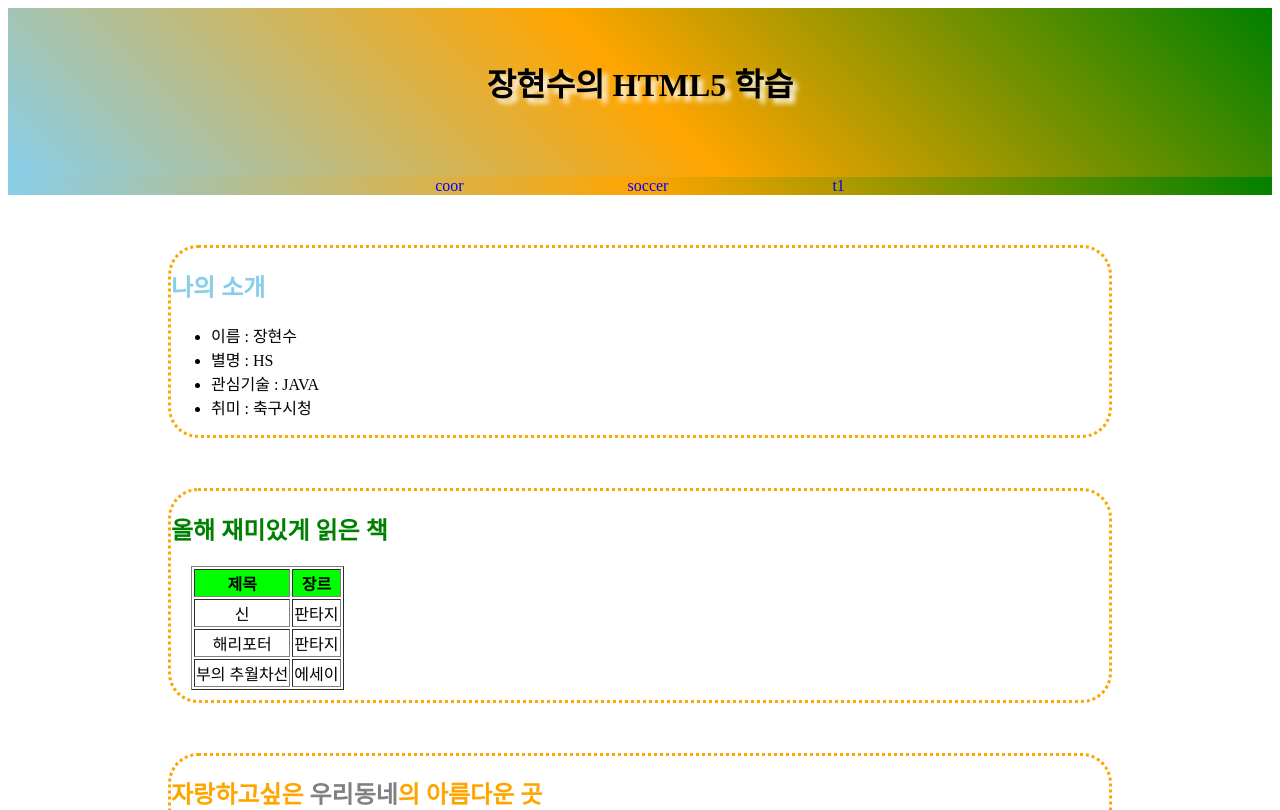
Repository: jhsnex123/web_study
Page: edu/src/main/webapp/cssexam/homework2.html
These files come from the project's save history. The page is drawn as it stood at one moment and after the next save; the edit follows.
The browser window is 1280 px wide. The pictures show the part of the page from y = 0 to 810 px (the page is 1591 px tall before and 1597 px after).
A picture or video elsewhere on the page could not be fetched, so the positions and the page height are approximate.

Above is the page before, as saved 2024-09-19 09:06:05.

### edu/src/main/webapp/cssexam/homework2.html
<!DOCTYPE html>
<html>
<head>
<meta charset="UTF-8">
<title>Insert title here</title>
<style>

header{

text-align:center;
margin-right: auto;
 margin-left: auto;
padding-top : 30px;
padding-bottom : 50px;
text-shadow : 5px 5px 5px white;
background-image : linear-gradient(45deg, skyblue, orange, green);
}
a{
text-decoration-line: none;
margin-right: 80px;
margin-left: 80px;
}
nav{
text-align:center;
background-image : linear-gradient(45deg, skyblue, orange, green);
}

#a1 > h2 {
color : skyblue;
 }

#a1{
border : 3px dotted orange;
margin-top : 50px;
margin-left: 160px;
margin-right: 160px;
border-radius : 30px;
}

#a2 > h2 {
color : green;
 }

#a2{
border : 3px dotted orange;
margin-top : 50px;
margin-left: 160px;
margin-right: 160px;
border-radius : 30px;
}

table,td,th{
margin-left: 20px;
margin-right: 120px;
margin-bottom: 10px;
text-align:center;
}

th {
background-color : lime;
}

tr:hover {
		background-color : gray;
	}

	td {
		border-bottom : 3px soild lime;
	}

#a3 > h2 {
color : orange;
 }

#a3{

border : 3px dotted orange;
margin-top : 50px;
margin-left: 160px;
margin-right: 160px;
border-radius : 30px;
}

figure{
text-align:center;
}

img:hover {
opacity : 0.5; /* 0.0~1.0(완전불투명)     */
 width : 30%;
transition : width 2s;
}


 aside{

 	margin-top : 50px;
	text-align:center;


}
footer {
width : 100%;
height : 50px;
clear : both;
background-color : lightgray;
text-align:center;
}



</style>
</head>
<body>
<header>
<h1>장현수의 HTML5 학습</h1>
</header>
<nav>
<a href="https://coor.kr/">coor</a>
<a href="https://www.bbc.com/korean/topics/c404vn7y65gt"> <span style="color:blue">soccer</span></a>
<a href="https://www.t1.gg/">t1</a>
</nav>
<section>
<article id = a1>
<h2>나의 소개</h2>
<ul>
<li >이름 : 장현수</li>
<li>별명 : HS</li>
<li>관심기술 : JAVA</li>
<li>취미 : 축구시청</li>
</ul>
</article>
<article id = a2>
<h2>올해 재미있게 읽은 책</h2>
<table border="1">
	<tr><th>제목</th><th>장르</th></tr>
	<tr><td>신</td><td>판타지</td></tr>
	<tr><td>해리포터</td><td>판타지</td></tr>
	<tr><td>부의 추월차선</td><td>에세이</td></tr>
</table>
</article>
<article id = a3>
<h2>자랑하고싶은 <span style="color:gray">우리동네</span>의 아름다운 곳</h2>
<figure>
<img src="http://www.idojung.com/news/photo/201612/201612_8398.jpg" width="200">
    <figcaption>백운호수는 흰구름이 많다는 백운산의 뜻을 빌려 1953년 만들어진 인공호수다.
    			산책로에서도 호수의 다양한 물고기들을 쉽게 찾아볼 수 있는 데다가, 겨울철에도 탄탄한 나무 데크길을 따라 편하게 걸을 수 있다.
    			백운호수 일대는 맛집이 많은 곳으로 유명하다. 백운호수 뷰를 만끽할 수 있는 음식점부터 베이커리 전문점, 커피숍까지 있어 생태탐방로를 따라 걷다 출출할때 식사와 차를 즐길수 있다.
    			</figcaption>

   </figure>
   </article>
   </section>
   <aside>
   <iframe width="677" height="400" src="https://www.youtube.com/embed/3WgnwPLsmag" title="YouTube video player"></iframe>
   </aside>
   <footer>
   <em>이 문서는 장 현수에 의해 HTML5 와 CSS3 기술을 사용하여 2024 9월 12일에 작성하셨습니다.(ver 1.0)</em>
   </footer>
</body>
</html>

After the next save:
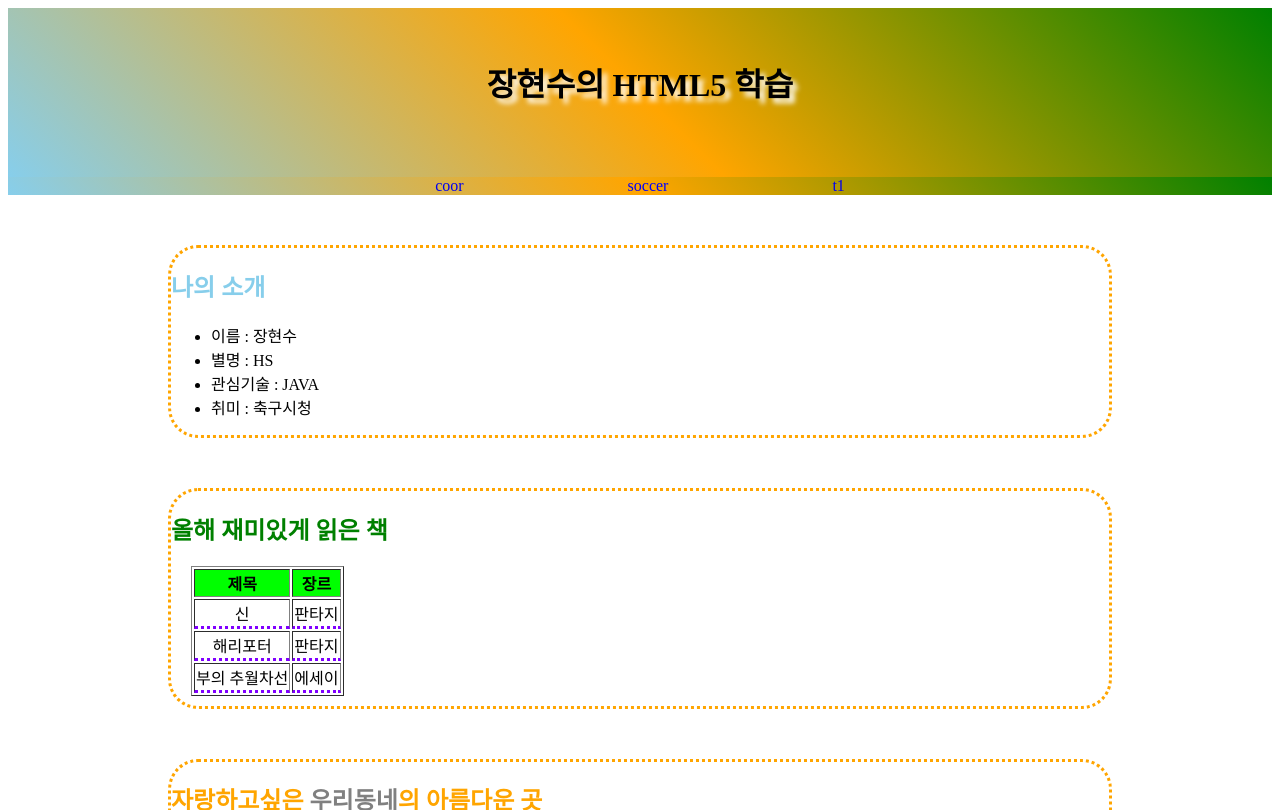
Saved 7 s later.
--- a/edu/src/main/webapp/cssexam/homework2.html
+++ b/edu/src/main/webapp/cssexam/homework2.html
@@ -64,8 +64,8 @@
 		background-color : gray;
 	}
 
-	td {
-		border-bottom : 3px soild lime;
+td {
+		border-bottom : 3px dotted rgb(128, 0, 255);
 	}
 
 #a3 > h2 {

After the save that followed:
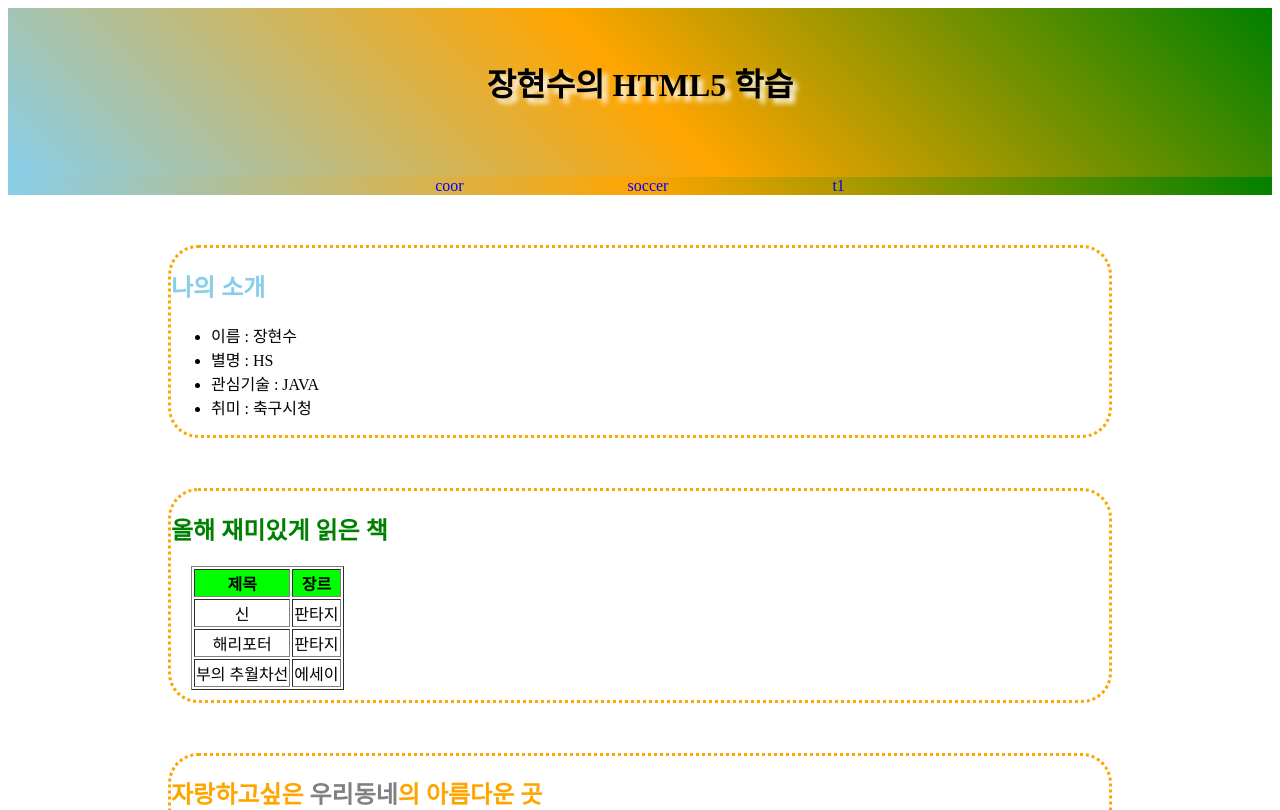
Saved 9 s later.
--- a/edu/src/main/webapp/cssexam/homework2.html
+++ b/edu/src/main/webapp/cssexam/homework2.html
@@ -64,8 +64,8 @@
 		background-color : gray;
 	}
 
-td {
-		border-bottom : 3px dotted rgb(128, 0, 255);
+	td {
+		border-bottom : 3px soild lime;
 	}
 
 #a3 > h2 {
